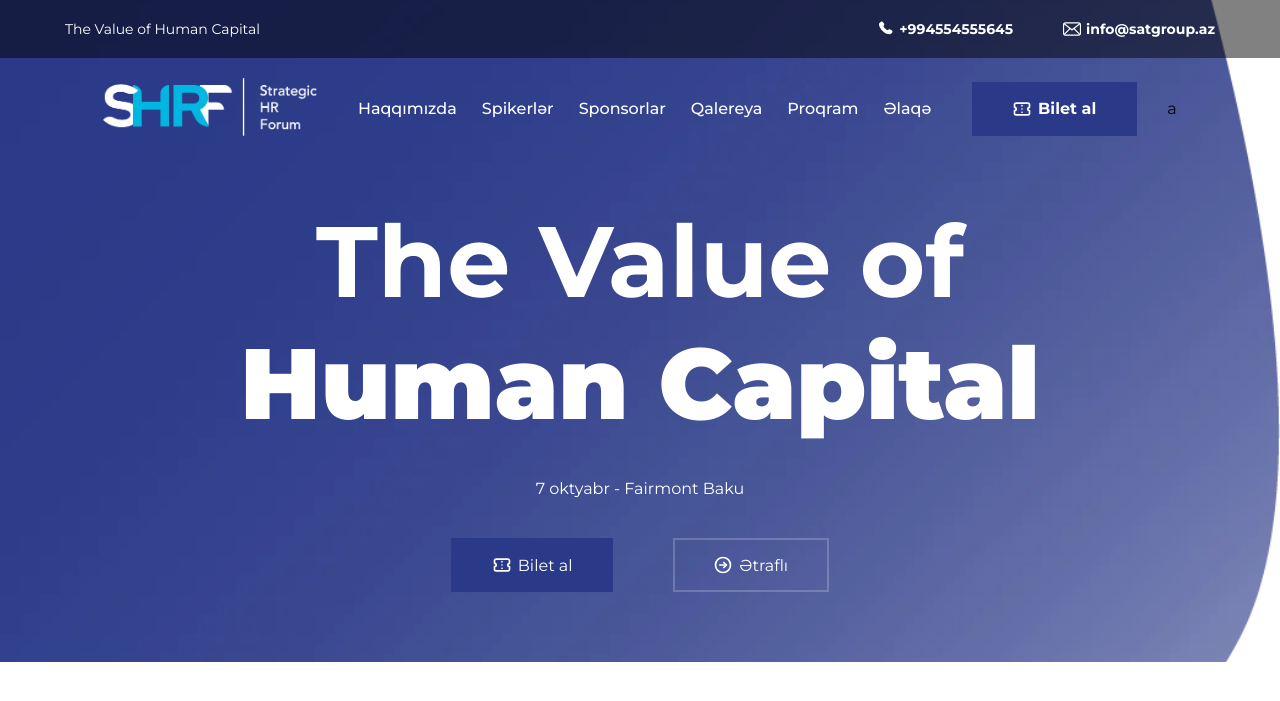
Repository: allahverdiyevabdulhasan/shrf
Page: /
These files come from the project's save history. The page is drawn as it stood at one moment and after the next save; the edit follows.
The browser window is 1280 px wide. The pictures show the whole page.
The project was rebuilt for these pictures with package versions that can differ from the ones it lists, and the page was loaded fresh each time. Also part of the build but not shown: vite.config.js, src/App.css.

Above is the page before, as saved 2024-08-16 12:05:04.

After the next save:
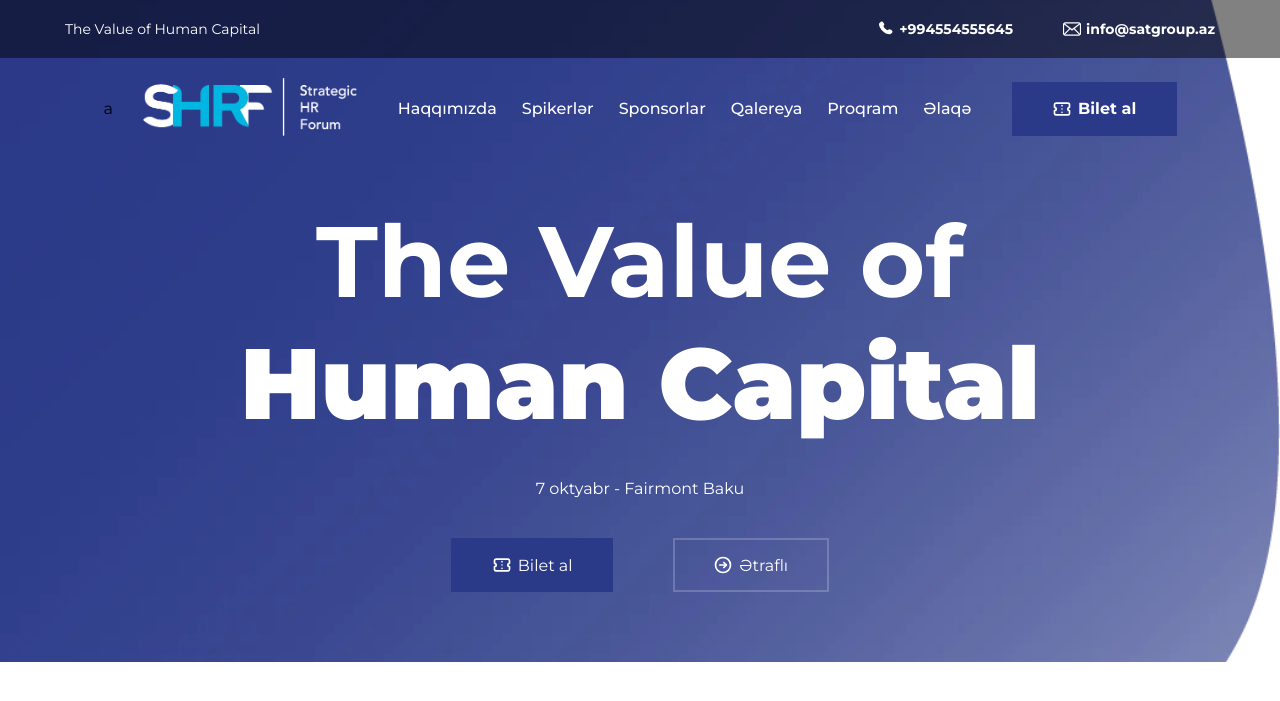
Saved 20 s later.
--- a/src/components/Header/index.jsx
+++ b/src/components/Header/index.jsx
@@ -40,12 +40,13 @@ export default function Header() {
                 <div className="container">
 
                     <div className={s.header__items}>
+                    <div onClick={() => setShowBurgerMenu(!showBurgerMenu)}>a</div>
+
                         <div className={s.logo}>
                             <a href="/"><img src="./public/assets/img/logo.webp" alt="Logo" /></a>
                         </div>
 
                         <NavItems />
-                        <div onClick={() => setShowBurgerMenu(!showBurgerMenu)}>a</div>
                         <div className={s.burger__btn}>
                             <label class={s.bar} for="check" >
                                 <input type="checkbox" id="check" />
